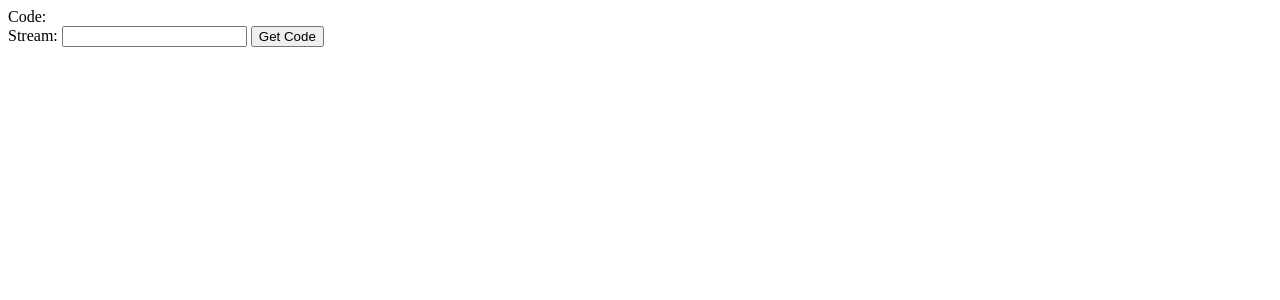
Repository: prashant4nov/CodeApp
Page: webapp/CodeApp/WebContent/index.html
These files come from the project's save history. The page is drawn as it stood at one moment and after the next save; the edit follows.
The browser window is 1280 px wide. The pictures show the whole page.
Some web libraries are served in a nearby version.

Above is the page before, as saved 2017-01-13 19:13:00.

After the next save:
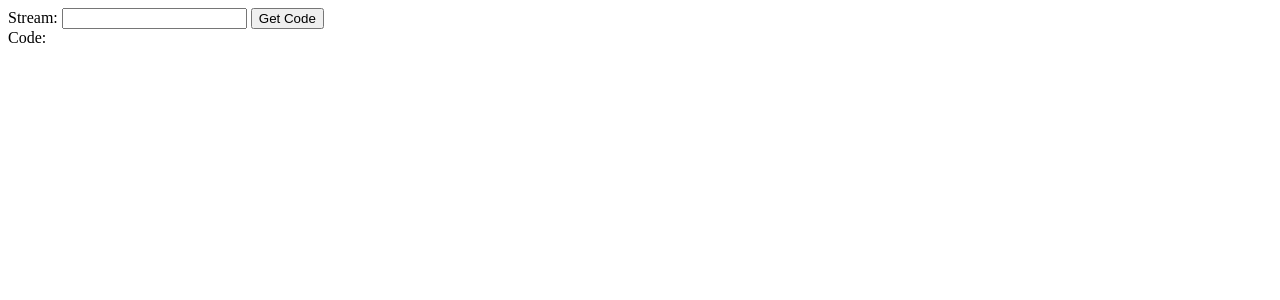
Saved 6 s later.
--- a/webapp/CodeApp/WebContent/index.html
+++ b/webapp/CodeApp/WebContent/index.html
@@ -5,13 +5,12 @@
 </head>
 <body>
 
-<span>Code: </span><div id="update"></div>
-
  <form onkeypress="myFunction()" onsubmit="myFunction()">
             Stream: <input name="stream" type="text" id="stream">
             <input type="submit" value="Get Code">
             <br>
  </form>
+<span>Code: </span><div id="update"></div>
 
 <script>
 function myFunction(form) {
